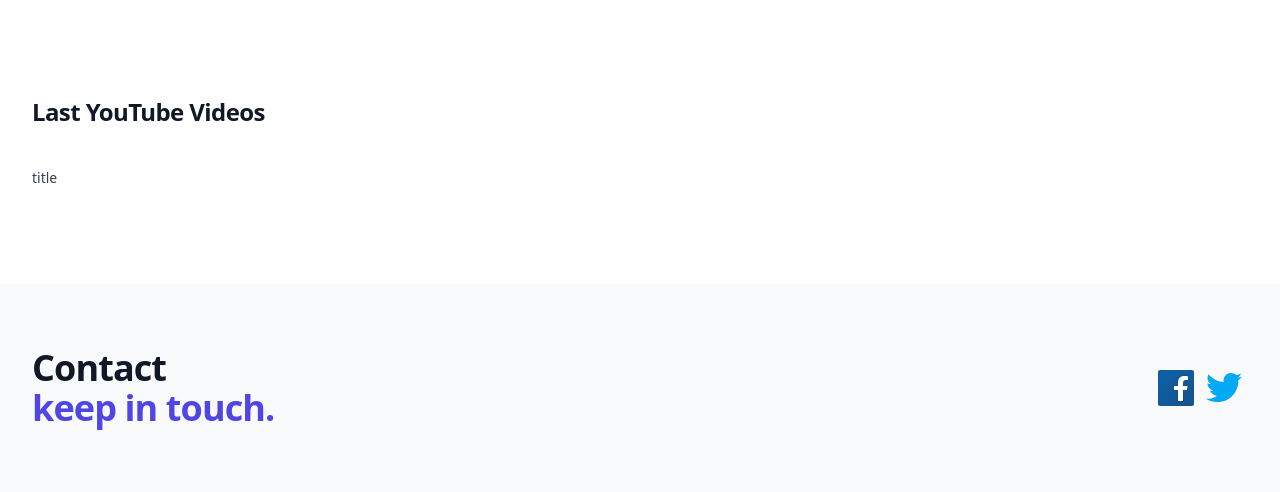
Repository: jhonenmanuel1/async-landing-jhon
Page: src/index.html
The author's editor kept a copy of each file at every save. The page is drawn from the files as they stood at one save, then again after the next save.
The browser window is 1280 px wide. The pictures show the part of the page from y = 640 to 1132 px (the page is 1132 px tall).
Some web libraries are served in a nearby version.

Above is the page before, as saved 2022-07-27 22:31:32.

### src/index.html
<!doctype html>
<html>

<head>
  <meta charset="UTF-8">
  <meta name="viewport" content="width=device-width, initial-scale=1.0">
  <script src="https://cdn.tailwindcss.com"></script>
</head>

<body>
  <div class="relative bg-white overflow-hidden">
    <div class="max-w-7xl mx-auto">
      <div class="relative z-10 pb-8 bg-white sm:pb-16 md:pb-20 lg:max-w-2xl lg:w-full lg:pb-28 xl:pb-32">
        <svg class="hidden lg:block absolute right-0 inset-y-0 h-full w-48 text-white transform translate-x-1/2"
          fill="currentColor" viewBox="0 0 100 100" preserveAspectRatio="none" aria-hidden="true">
          <polygon points="50,0 100,0 50,100 0,100" />
        </svg>
        <div>
          <div class="relative pt-6 px-4 sm:px-6 lg:px-8">
            <nav class="relative flex items-center justify-between sm:h-10 lg:justify-start" aria-label="Global">
              <div class="flex items-center flex-grow flex-shrink-0 lg:flex-grow-0">
                <div class="flex items-center justify-between w-full md:w-auto">
                  <a href="#">
                    <span class="sr-only">Title</span>
                    <img class="h-8 w-auto sm:h-10" src="https://tailwindui.com/img/logos/workflow-mark-indigo-600.svg">
                  </a>
                </div>
              </div>
              <div class="hidden md:block md:ml-10 md:pr-4 md:space-x-8">
                <a href="#" class="font-medium text-gray-500 hover:text-gray-900">About</a>
                <a href="#" class="font-medium text-gray-500 hover:text-gray-900">Projects</a>
                <a href="#" class="font-medium text-gray-500 hover:text-gray-900">Contact</a>
              </div>
            </nav>
          </div>
        </div>

        <main class="mt-10 mx-auto max-w-7xl px-4 sm:mt-12 sm:px-6 md:mt-16 lg:mt-20 lg:px-8 xl:mt-28">
          <div class="sm:text-center lg:text-left">
            <h1 class="text-4xl tracking-tight font-extrabold text-gray-900 sm:text-5xl md:text-6xl">
              <span class="block xl:inline">Jhon Enmanuel</span>
              <span class="block text-indigo-600 xl:inline">@jhonenmsantiago</span>
            </h1>
            <p
              class="mt-3 text-base text-gray-500 sm:mt-5 sm:text-lg sm:max-w-xl sm:mx-auto md:mt-5 md:text-xl lg:mx-0">
              Me apasiona el desarrollo de software, actualmente me desempeño como desarrollador Front-End junior principalmente trabajando en React aprendiendo cada día nuevas herramientas y sin miedo a los desafíos ya que me encanta aprender.
Github: https://github.com/jhonenmanuel1
WhatsApp: +584121053226
Instagram: @jhonenmanuel1</p>
          </div>
        </main>
      </div>
    </div>
    <div class="lg:absolute lg:inset-y-0 lg:right-0 lg:w-1/2">
      <img class="h-56 w-full object-cover sm:h-72 md:h-96 lg:w-full lg:h-full"
        src="https://ui-avatars.com/api/?background=0D8ABC&color=fff" alt="">
    </div>
  </div>
  <div class="bg-white">
    <div class="max-w-2xl mx-auto py-16 px-4 sm:py-24 sm:px-6 lg:max-w-7xl lg:px-8">
      <h2 class="text-2xl font-extrabold tracking-tight text-gray-900">Last YouTube Videos</h2>
      <div class="mt-6 grid grid-cols-1 gap-y-10 gap-x-6 sm:grid-cols-2 lg:grid-cols-4 xl:gap-x-8">
        <!-- content -->
         <div class="group relative">
          <div
            class="w-full bg-gray-200 aspect-w-1 aspect-h-1 rounded-md overflow-hidden group-hover:opacity-75 lg:aspect-none">
            <img src="" alt="" class="w-full">
          </div>
          <div class="mt-4 flex justify-between">
            <h3 class="text-sm text-gray-700">
              <span aria-hidden="true" class="absolute inset-0"></span>
              title
            </h3>
          </div>
        </div>
      </div>
    </div>
  </div>
  <div class="bg-gray-50">
    <div class="max-w-7xl mx-auto py-12 px-4 sm:px-6 lg:py-16 lg:px-8 lg:flex lg:items-center lg:justify-between">
      <h2 class="text-3xl font-extrabold tracking-tight text-gray-900 sm:text-4xl">
        <span class="block">Contact</span>
        <span class="block text-indigo-600">keep in touch.</span>
      </h2>
      <div class="mt-8 flex lg:mt-0 lg:flex-shrink-0">
        <svg xmlns="http://www.w3.org/2000/svg" x="0px" y="0px" width="48" height="48" viewBox="0 0 48 48"
          style=" fill:#000000;">
          <linearGradient id="awSgIinfw5_FS5MLHI~A9a_yGcWL8copNNQ_gr1" x1="6.228" x2="42.077" y1="4.896" y2="43.432"
            gradientUnits="userSpaceOnUse">
            <stop offset="0" stop-color="#0d61a9"></stop>
            <stop offset="1" stop-color="#16528c"></stop>
          </linearGradient>
          <path fill="url(#awSgIinfw5_FS5MLHI~A9a_yGcWL8copNNQ_gr1)"
            d="M42,40c0,1.105-0.895,2-2,2H8c-1.105,0-2-0.895-2-2V8c0-1.105,0.895-2,2-2h32	c1.105,0,2,0.895,2,2V40z">
          </path>
          <path
            d="M25,38V27h-4v-6h4v-2.138c0-5.042,2.666-7.818,7.505-7.818c1.995,0,3.077,0.14,3.598,0.208	l0.858,0.111L37,12.224L37,17h-3.635C32.237,17,32,18.378,32,19.535V21h4.723l-0.928,6H32v11H25z"
            opacity=".05"></path>
          <path
            d="M25.5,37.5v-11h-4v-5h4v-2.638c0-4.788,2.422-7.318,7.005-7.318c1.971,0,3.03,0.138,3.54,0.204	l0.436,0.057l0.02,0.442V16.5h-3.135c-1.623,0-1.865,1.901-1.865,3.035V21.5h4.64l-0.773,5H31.5v11H25.5z"
            opacity=".07"></path>
          <path fill="#fff"
            d="M33.365,16H36v-3.754c-0.492-0.064-1.531-0.203-3.495-0.203c-4.101,0-6.505,2.08-6.505,6.819V22h-4v4	h4v11h5V26h3.938l0.618-4H31v-2.465C31,17.661,31.612,16,33.365,16z">
          </path>
        </svg>
        <svg xmlns="http://www.w3.org/2000/svg" x="0px" y="0px" width="48" height="48" viewBox="0 0 48 48"
          style=" fill:#000000;">
          <path fill="#03A9F4"
            d="M42,12.429c-1.323,0.586-2.746,0.977-4.247,1.162c1.526-0.906,2.7-2.351,3.251-4.058c-1.428,0.837-3.01,1.452-4.693,1.776C34.967,9.884,33.05,9,30.926,9c-4.08,0-7.387,3.278-7.387,7.32c0,0.572,0.067,1.129,0.193,1.67c-6.138-0.308-11.582-3.226-15.224-7.654c-0.64,1.082-1,2.349-1,3.686c0,2.541,1.301,4.778,3.285,6.096c-1.211-0.037-2.351-0.374-3.349-0.914c0,0.022,0,0.055,0,0.086c0,3.551,2.547,6.508,5.923,7.181c-0.617,0.169-1.269,0.263-1.941,0.263c-0.477,0-0.942-0.054-1.392-0.135c0.94,2.902,3.667,5.023,6.898,5.086c-2.528,1.96-5.712,3.134-9.174,3.134c-0.598,0-1.183-0.034-1.761-0.104C9.268,36.786,13.152,38,17.321,38c13.585,0,21.017-11.156,21.017-20.834c0-0.317-0.01-0.633-0.025-0.945C39.763,15.197,41.013,13.905,42,12.429">
          </path>
        </svg>
      </div>
    </div>
  </div>
</body>

</html>

After the next save:
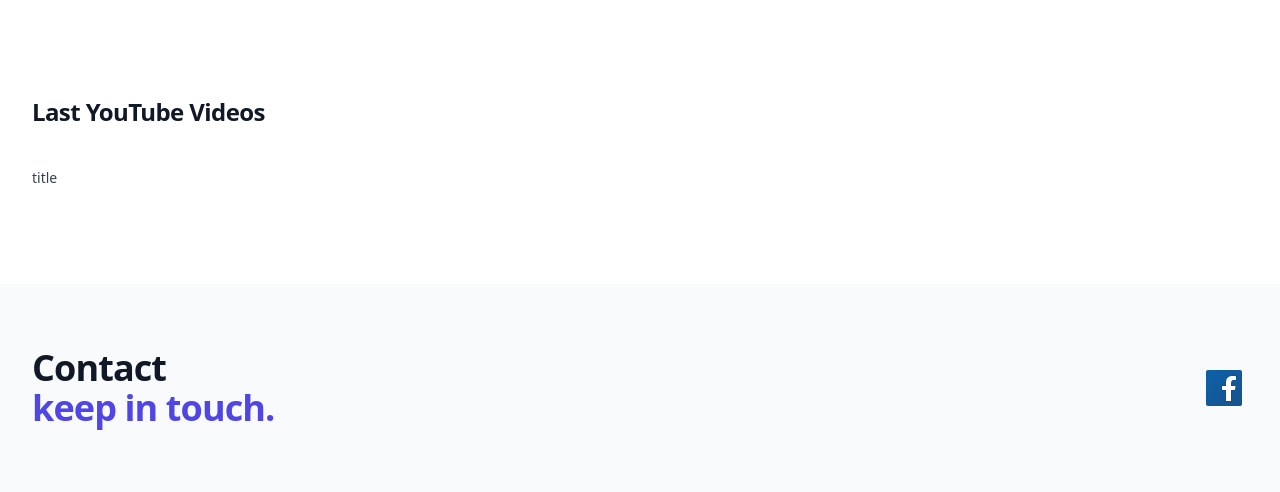
Saved 88 s later.
--- a/src/index.html
+++ b/src/index.html
@@ -103,12 +103,7 @@
             d="M33.365,16H36v-3.754c-0.492-0.064-1.531-0.203-3.495-0.203c-4.101,0-6.505,2.08-6.505,6.819V22h-4v4	h4v11h5V26h3.938l0.618-4H31v-2.465C31,17.661,31.612,16,33.365,16z">
           </path>
         </svg>
-        <svg xmlns="http://www.w3.org/2000/svg" x="0px" y="0px" width="48" height="48" viewBox="0 0 48 48"
-          style=" fill:#000000;">
-          <path fill="#03A9F4"
-            d="M42,12.429c-1.323,0.586-2.746,0.977-4.247,1.162c1.526-0.906,2.7-2.351,3.251-4.058c-1.428,0.837-3.01,1.452-4.693,1.776C34.967,9.884,33.05,9,30.926,9c-4.08,0-7.387,3.278-7.387,7.32c0,0.572,0.067,1.129,0.193,1.67c-6.138-0.308-11.582-3.226-15.224-7.654c-0.64,1.082-1,2.349-1,3.686c0,2.541,1.301,4.778,3.285,6.096c-1.211-0.037-2.351-0.374-3.349-0.914c0,0.022,0,0.055,0,0.086c0,3.551,2.547,6.508,5.923,7.181c-0.617,0.169-1.269,0.263-1.941,0.263c-0.477,0-0.942-0.054-1.392-0.135c0.94,2.902,3.667,5.023,6.898,5.086c-2.528,1.96-5.712,3.134-9.174,3.134c-0.598,0-1.183-0.034-1.761-0.104C9.268,36.786,13.152,38,17.321,38c13.585,0,21.017-11.156,21.017-20.834c0-0.317-0.01-0.633-0.025-0.945C39.763,15.197,41.013,13.905,42,12.429">
-          </path>
-        </svg>
+
       </div>
     </div>
   </div>

After the save that followed:
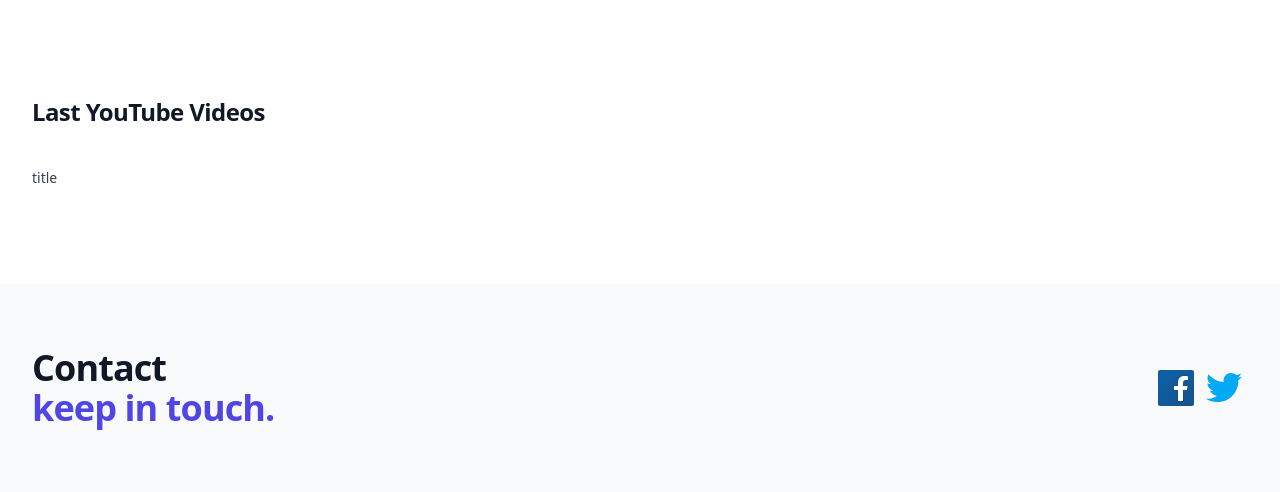
Saved 67 s later.
--- a/src/index.html
+++ b/src/index.html
@@ -103,6 +103,15 @@
             d="M33.365,16H36v-3.754c-0.492-0.064-1.531-0.203-3.495-0.203c-4.101,0-6.505,2.08-6.505,6.819V22h-4v4	h4v11h5V26h3.938l0.618-4H31v-2.465C31,17.661,31.612,16,33.365,16z">
           </path>
         </svg>
+        <a href="https://twitter.com/jhonenmsantiago">
+            <svg xmlns="http://www.w3.org/2000/svg" x="0px" y="0px" width="48" height="48" viewBox="0 0 48 48"
+          style=" fill:#000000;">
+          <path fill="#03A9F4"
+            d="M42,12.429c-1.323,0.586-2.746,0.977-4.247,1.162c1.526-0.906,2.7-2.351,3.251-4.058c-1.428,0.837-3.01,1.452-4.693,1.776C34.967,9.884,33.05,9,30.926,9c-4.08,0-7.387,3.278-7.387,7.32c0,0.572,0.067,1.129,0.193,1.67c-6.138-0.308-11.582-3.226-15.224-7.654c-0.64,1.082-1,2.349-1,3.686c0,2.541,1.301,4.778,3.285,6.096c-1.211-0.037-2.351-0.374-3.349-0.914c0,0.022,0,0.055,0,0.086c0,3.551,2.547,6.508,5.923,7.181c-0.617,0.169-1.269,0.263-1.941,0.263c-0.477,0-0.942-0.054-1.392-0.135c0.94,2.902,3.667,5.023,6.898,5.086c-2.528,1.96-5.712,3.134-9.174,3.134c-0.598,0-1.183-0.034-1.761-0.104C9.268,36.786,13.152,38,17.321,38c13.585,0,21.017-11.156,21.017-20.834c0-0.317-0.01-0.633-0.025-0.945C39.763,15.197,41.013,13.905,42,12.429">
+          </path>
+        </svg>
+
+        </a>
 
       </div>
     </div>
